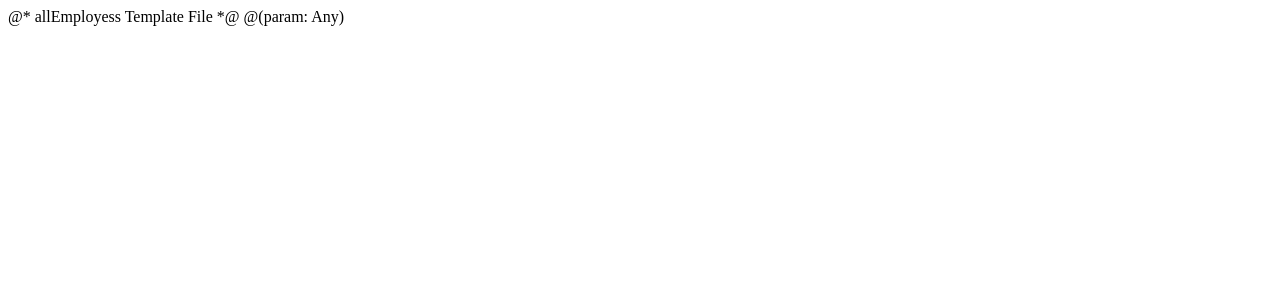
Repository: PoonamDeokar/SalesTool
Page: CrudDemo/app/views/allEmployess.scala.html
The author's editor kept a copy of each file at every save. The page is drawn from the files as they stood at one save, then again after the next save.
The browser window is 1280 px wide. The pictures show the whole page.

Above is the page before, as saved 2016-09-16 09:19:58.

After the next save:
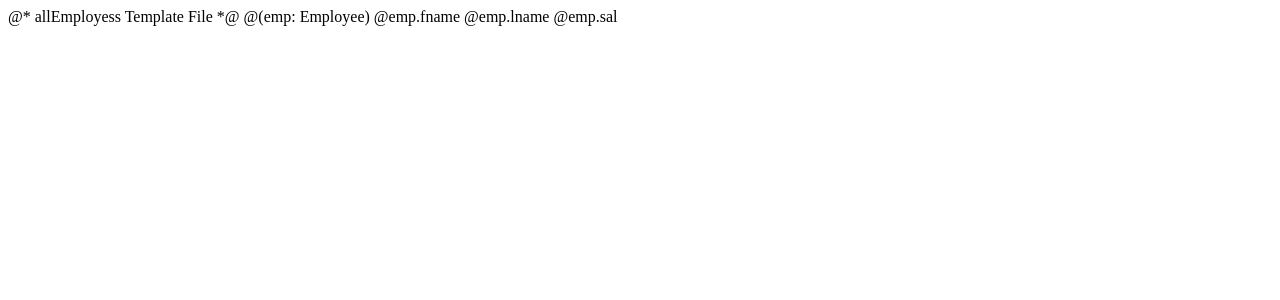
Saved 4 min 34 s later.
--- a/CrudDemo/app/views/allEmployess.scala.html
+++ b/CrudDemo/app/views/allEmployess.scala.html
@@ -1,2 +1,5 @@
 @* allEmployess Template File *@
-@(param: Any)
+@(emp: Employee)
+@emp.fname
+@emp.lname
+@emp.sal
